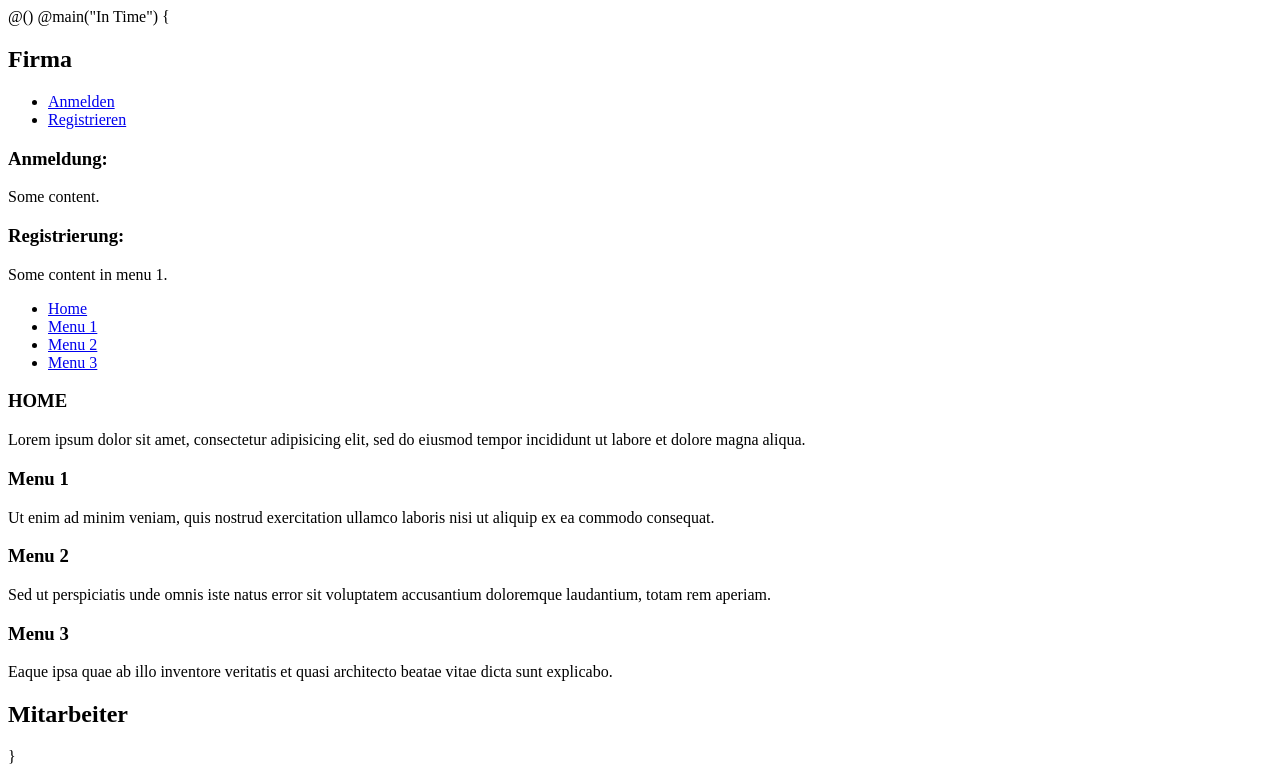
Repository: Avinukas/InTime
Page: intime/app/views/index.scala.html
The author's editor kept a copy of each file at every save. The page is drawn from the files as they stood at one save, then again after the next save.
The browser window is 1280 px wide. The pictures show the whole page.

Above is the page before, as saved 2018-05-17 07:26:21.

### intime/app/views/index.scala.html
@() @main("In Time") {
<section class="container">
	<div class="one border">
		<h2>Firma</h2>
		<ul class="nav nav-tabs">
			<li class="active"><a data-toggle="tab" href="#firmaAnmelden">Anmelden</a></li>
			<li><a data-toggle="tab" href="#firmaRegistrieren">Registrieren</a></li>
		</ul>

		<div class="tab-content">
			<div id="firmaAnmelden" class="tab-pane fade in active">
				<h3>Anmeldung:</h3>
				<p>Some content.</p>
			</div>
			<div id="firmaRegistrieren" class="tab-pane fade">
				<h3>Registrierung:</h3>
				<p>Some content in menu 1.</p>
			</div>
		</div>
		<ul class="nav nav-tabs">
			<li class="active"><a data-toggle="tab" href="#home">Home</a></li>
			<li><a data-toggle="tab" href="#menu1">Menu 1</a></li>
			<li><a data-toggle="tab" href="#menu2">Menu 2</a></li>
			<li><a data-toggle="tab" href="#menu3">Menu 3</a></li>
		</ul>

		<div class="tab-content">
			<div id="home" class="tab-pane fade in active">
				<h3>HOME</h3>
				<p>Lorem ipsum dolor sit amet, consectetur adipisicing elit, sed
					do eiusmod tempor incididunt ut labore et dolore magna aliqua.</p>
			</div>
			<div id="menu1" class="tab-pane fade">
				<h3>Menu 1</h3>
				<p>Ut enim ad minim veniam, quis nostrud exercitation ullamco
					laboris nisi ut aliquip ex ea commodo consequat.</p>
			</div>
			<div id="menu2" class="tab-pane fade">
				<h3>Menu 2</h3>
				<p>Sed ut perspiciatis unde omnis iste natus error sit
					voluptatem accusantium doloremque laudantium, totam rem aperiam.</p>
			</div>
			<div id="menu3" class="tab-pane fade">
				<h3>Menu 3</h3>
				<p>Eaque ipsa quae ab illo inventore veritatis et quasi
					architecto beatae vitae dicta sunt explicabo.</p>
			</div>
		</div>
	</div>
	</div>
	<div class="two border">
		<h2>Mitarbeiter</h2>
	</div>
</section>

}

After the next save:
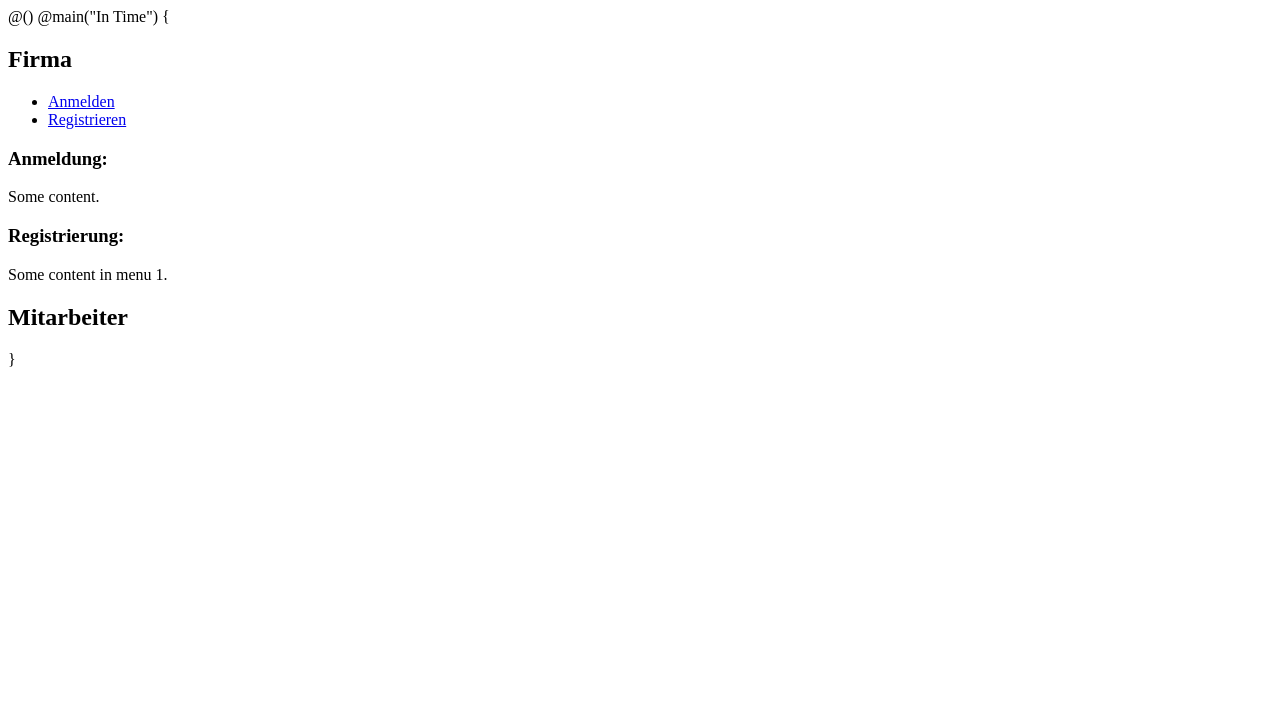
Saved 3 min 22 s later.
--- a/intime/app/views/index.scala.html
+++ b/intime/app/views/index.scala.html
@@ -17,36 +17,7 @@
 				<p>Some content in menu 1.</p>
 			</div>
 		</div>
-		<ul class="nav nav-tabs">
-			<li class="active"><a data-toggle="tab" href="#home">Home</a></li>
-			<li><a data-toggle="tab" href="#menu1">Menu 1</a></li>
-			<li><a data-toggle="tab" href="#menu2">Menu 2</a></li>
-			<li><a data-toggle="tab" href="#menu3">Menu 3</a></li>
-		</ul>
 
-		<div class="tab-content">
-			<div id="home" class="tab-pane fade in active">
-				<h3>HOME</h3>
-				<p>Lorem ipsum dolor sit amet, consectetur adipisicing elit, sed
-					do eiusmod tempor incididunt ut labore et dolore magna aliqua.</p>
-			</div>
-			<div id="menu1" class="tab-pane fade">
-				<h3>Menu 1</h3>
-				<p>Ut enim ad minim veniam, quis nostrud exercitation ullamco
-					laboris nisi ut aliquip ex ea commodo consequat.</p>
-			</div>
-			<div id="menu2" class="tab-pane fade">
-				<h3>Menu 2</h3>
-				<p>Sed ut perspiciatis unde omnis iste natus error sit
-					voluptatem accusantium doloremque laudantium, totam rem aperiam.</p>
-			</div>
-			<div id="menu3" class="tab-pane fade">
-				<h3>Menu 3</h3>
-				<p>Eaque ipsa quae ab illo inventore veritatis et quasi
-					architecto beatae vitae dicta sunt explicabo.</p>
-			</div>
-		</div>
-	</div>
 	</div>
 	<div class="two border">
 		<h2>Mitarbeiter</h2>
